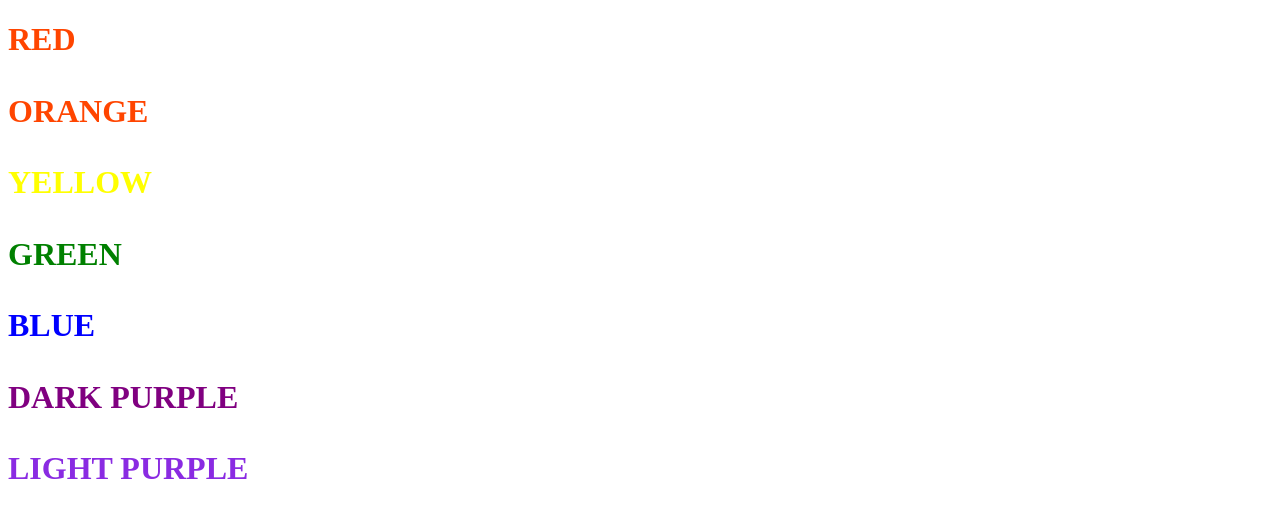
Repository: W3asl3y/IWA-challenges
Page: Interactive Rainbow Challenge/index.html
The author's editor kept a copy of each file at every save. The page is drawn from the files as they stood at one save, then again after the next save.
The browser window is 1280 px wide. The pictures show the whole page.

Above is the page before, as saved 2023-02-01 08:28:55.
Console error: TypeError: redDiv.appendChild is not a function

After the next save:
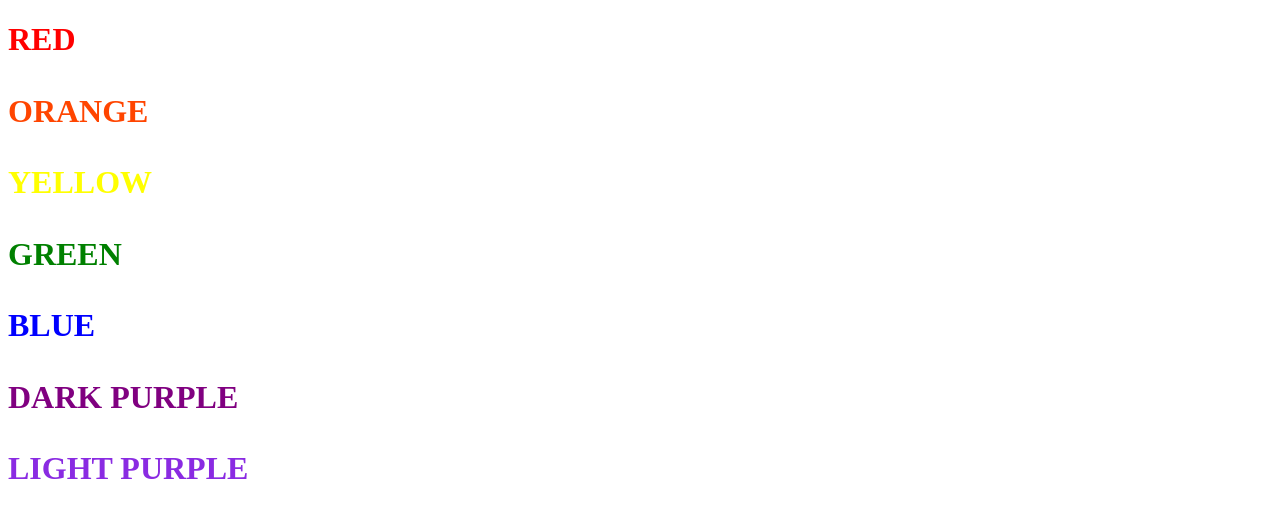
Saved 4 s later.
--- a/Interactive Rainbow Challenge/index.html
+++ b/Interactive Rainbow Challenge/index.html
@@ -11,7 +11,7 @@
     </head>
     <body>
         <div class="container" id="redBg" onclick="redDiv()">
-            <h1 style="color: orangered;">
+            <h1 style="color: red;">
                 RED
             </h1>
 
